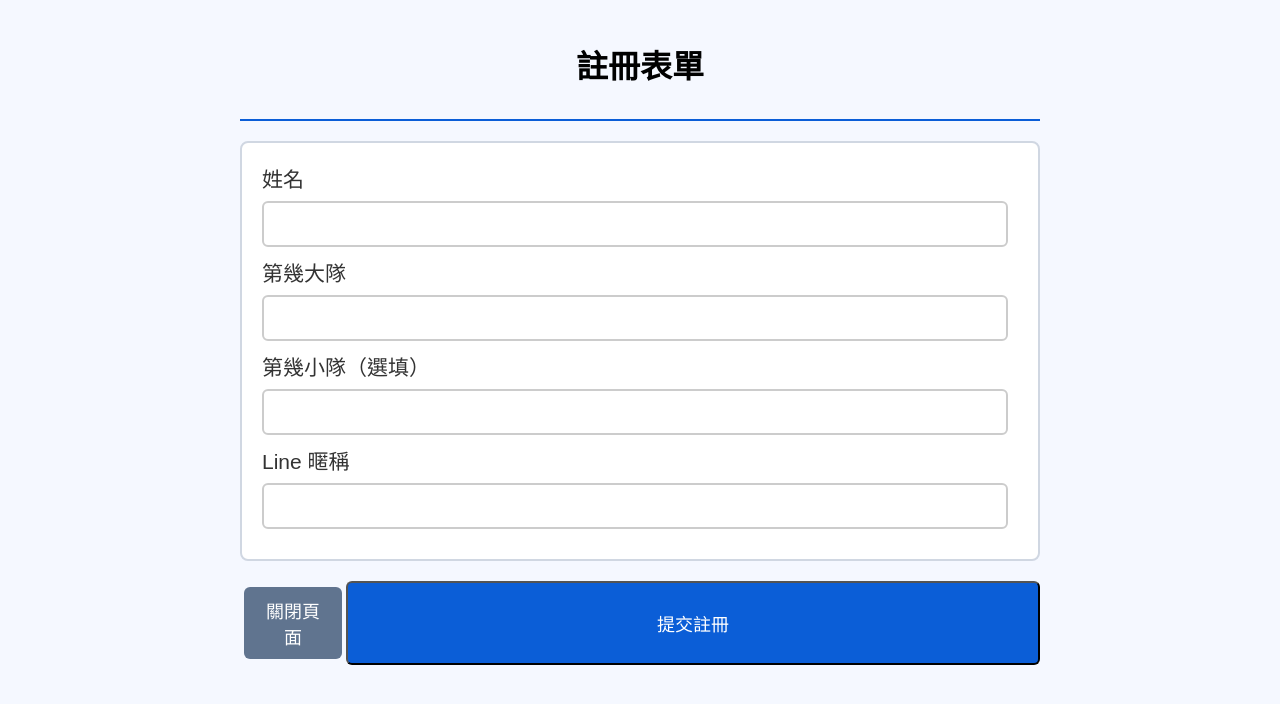
Repository: mommygoose40/register
Page: index.html
An editor plug-in stored every save of this project. The page is shown before and after the next save, followed by the edit.
The browser window is 1280 px wide. The pictures show the whole page.

Above is the page before, as saved 2025-11-11 16:26:04.

After the next save:
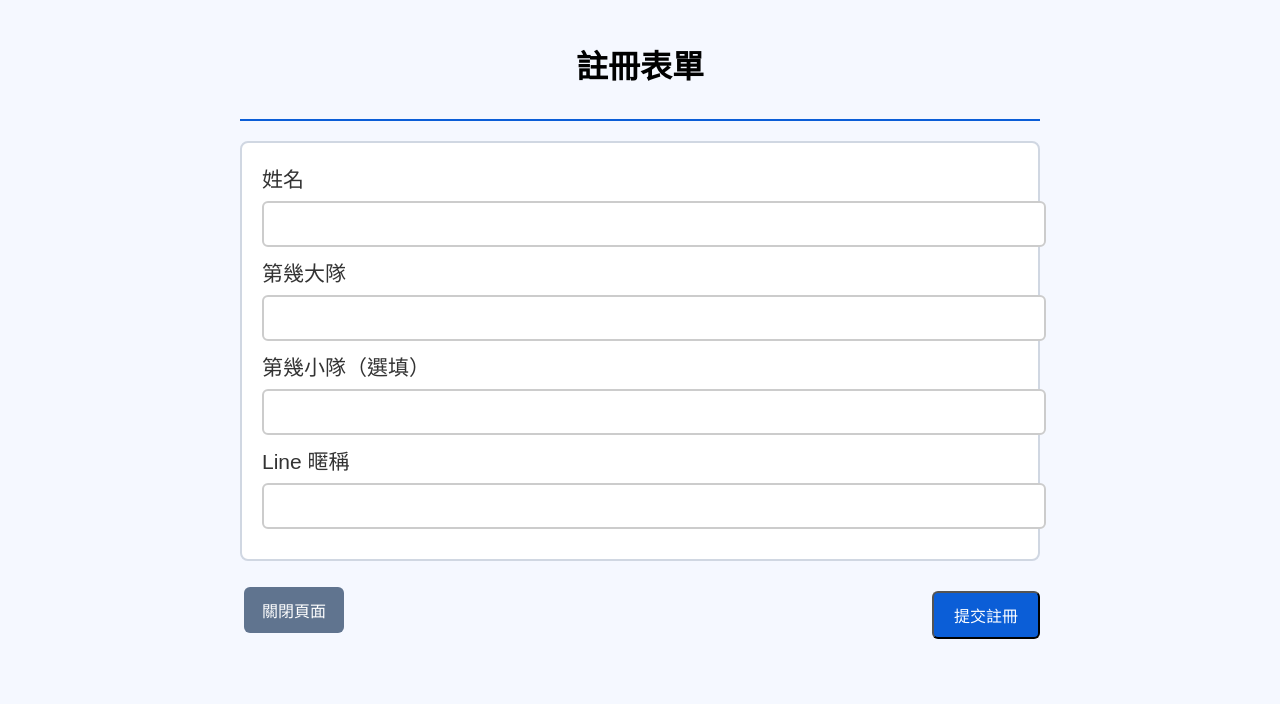
Saved 7 min 4 s later.
--- a/index.html
+++ b/index.html
@@ -58,7 +58,7 @@
     input[type="text"],
     input[type="number"] {
       padding: 12px;
-      width: 95%;
+      width: 100%;  /* 輸入框寬度設為100% */
       border: 2px solid #ccc;
       border-radius: 6px;
       font-size: 16px;
@@ -70,14 +70,15 @@
       display: inline-flex;
       align-items: center;
       justify-content: center;
-      padding: 10px 18px;          /* 減少按鈕的間距，讓它看起來不那麼大 */
+      padding: 10px 18px;          /* 減少按鈕的間距 */
       margin: 6px 4px;             /* 按鈕外邊距 */
       background: #0b5ed7;         /* 藍色按鈕背景顏色 */
       color: #fff;                 /* 文字顏色 */
       border: none;                /* 去除邊框 */
       border-radius: 6px;          /* 圓角設計 */
-      font-size: 18px;             /* 字體大小較小，與其他元素一致 */
+      font-size: 16px;             /* 字體大小較小，與其他元素一致 */
       cursor: pointer;
+      width: auto;                 /* 按鈕寬度自動 */
     }
 
     .ui-btn:active {
@@ -92,16 +93,24 @@
     /* 提交按鈕 */
     .submit-btn {
       background: #0b5ed7;
-      font-size: 18px;  /* 字體大小 */
+      font-size: 16px;  /* 字體大小 */
       color: white;
       padding: 10px 20px;  /* 合適的按鈕間距 */
       border-radius: 6px;
       cursor: pointer;
-      width: 100%;
+      width: auto;  /* 調整寬度為自動 */
+      margin-top: 10px;
     }
 
     .submit-btn:hover {
       background: #0a4a91;
+    }
+
+    /* 按鈕區域 */
+    .button-group {
+      display: flex;
+      justify-content: space-between;
+      gap: 10px;
     }
 
   </style>
@@ -128,7 +137,7 @@
     </div>
 
     <!-- 按鈕區域 -->
-    <div style="display: flex; justify-content: space-between;">
+    <div class="button-group">
       <button class="ui-btn gray" onclick="window.close()">關閉頁面</button>
       <button class="submit-btn" type="submit" onclick="submitForm()">提交註冊</button>
     </div>
@@ -158,59 +167,58 @@
         });
     }
 
-function showMessage(text, onConfirm) {
-  document.getElementById("customModal")?.remove();
-  const overlay = document.createElement("div");
-  overlay.id = "customModal";
-  Object.assign(overlay.style, {
-    position: "fixed",
-    inset: "0",
-    background: "rgba(0,0,0,0.6)",
-    display: "flex",
-    alignItems: "center",
-    justifyContent: "center",
-    zIndex: "9999",
-  });
-  const box = document.createElement("div");
-  Object.assign(box.style, {
-    background: "#fff",
-    color: "#000",
-    borderRadius: "12px",
-    padding: "30px 40px",
-    fontSize: "22px",
-    textAlign: "center",
-    maxWidth: "80%",
-    boxShadow: "0 4px 20px rgba(0,0,0,0.3)",
-  });
-  box.innerHTML = text;
-
-  const btn = document.createElement("button");
-  btn.textContent = "確定";
-  Object.assign(btn.style, {
-    marginTop: "24px",
-    fontSize: "20px",
-    padding: "10px 28px",
-    borderRadius: "8px",
-    border: "none",
-    background: "#0b5ed7",
-    color: "#fff",
-  });
-
-  // ← 只改這段：先移除視窗，連續兩次 rAF 確保完成重繪，再執行 onConfirm（開相簿）
-  btn.onclick = () => {
-    overlay.remove();
-    requestAnimationFrame(() => {
-      requestAnimationFrame(() => {
-        if (typeof onConfirm === "function") onConfirm();
+    function showMessage(text, onConfirm) {
+      document.getElementById("customModal")?.remove();
+      const overlay = document.createElement("div");
+      overlay.id = "customModal";
+      Object.assign(overlay.style, {
+        position: "fixed",
+        inset: "0",
+        background: "rgba(0,0,0,0.6)",
+        display: "flex",
+        alignItems: "center",
+        justifyContent: "center",
+        zIndex: "9999",
       });
-    });
-  };
-
-  box.appendChild(document.createElement("br"));
-  box.appendChild(btn);
-  overlay.appendChild(box);
-  document.body.appendChild(overlay);
-}
+      const box = document.createElement("div");
+      Object.assign(box.style, {
+        background: "#fff",
+        color: "#000",
+        borderRadius: "12px",
+        padding: "30px 40px",
+        fontSize: "22px",
+        textAlign: "center",
+        maxWidth: "80%",
+        boxShadow: "0 4px 20px rgba(0,0,0,0.3)",
+      });
+      box.innerHTML = text;
+
+      const btn = document.createElement("button");
+      btn.textContent = "確定";
+      Object.assign(btn.style, {
+        marginTop: "24px",
+        fontSize: "20px",
+        padding: "10px 28px",
+        borderRadius: "8px",
+        border: "none",
+        background: "#0b5ed7",
+        color: "#fff",
+      });
+
+      btn.onclick = () => {
+        overlay.remove();
+        requestAnimationFrame(() => {
+          requestAnimationFrame(() => {
+            if (typeof onConfirm === "function") onConfirm();
+          });
+        });
+      };
+
+      box.appendChild(document.createElement("br"));
+      box.appendChild(btn);
+      overlay.appendChild(box);
+      document.body.appendChild(overlay);
+    }
   </script>
 </body>
 </html>
